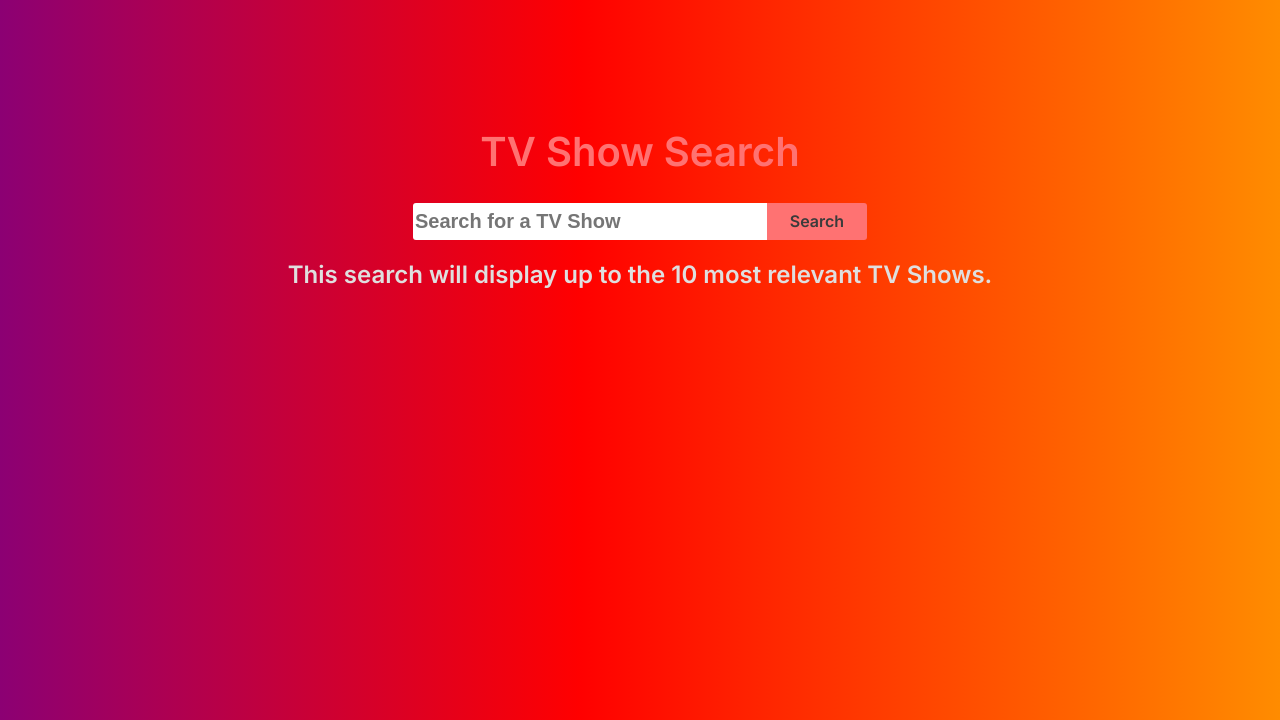
Repository: shayanabedi98/tv-search-react
Page: /
The author's editor kept a copy of each file at every save. The page is drawn from the files as they stood at one save, then again after the next save.
The browser window is 1280 px wide. The pictures show the whole page.
The project was rebuilt for these pictures with package versions that can differ from the ones it lists, and the page was loaded fresh each time. Also part of the build but not shown: vite.config.js.

Above is the page before, as saved 2024-01-09 15:28:07.

### index.html
<!doctype html>
<html lang="en">
  <head>
    <meta charset="UTF-8" />
    <link rel="icon" type="image/svg+xml" href="https://www.svgrepo.com/show/503669/tv.svg" />
    <meta name="viewport" content="width=device-width, initial-scale=1.0" />
    <title>TV Show Search | React</title>
  </head>
  <body>
    <div id="root"></div>
    <script type="module" src="/src/main.jsx"></script>
  </body>
</html>

### src/App.jsx
import { useState } from "react";
import { v4 as uuid } from "uuid";
import List from "./List";
import Search from "./Search";

function App() {
  const [input, setInput] = useState();
  const [showList, setShowList] = useState([]);

  const fetchShow = async () => {
    try {
      if (input) {
        const response = await fetch(
          `https://api.tvmaze.com/search/shows?q=${input}`
        );
        const responseJson = await response.json();
        let newList = [];
        for (let i = 0; i < responseJson.length; i++) {
          if (responseJson[i].show.image) {
            newList.push({
              id: uuid(),
              name: responseJson[i].show.name,
              img: responseJson[i].show.image.medium,
              genres: responseJson[i].show.genres.join(', '),
              language: responseJson[i].show.language,
              rating: responseJson[i].show.rating.average,
            });
          }
        }
        setShowList(newList);
        console.log(responseJson);
      }
    } catch (err) {
      return err;
    }
  };

  const handleChange = (e) => {
    setInput(e.target.value);
  };

  return (
    <div className="bg">
      <Search fetchShow={fetchShow} input={input} handleChange={handleChange} />
      <List showList={showList} />
    </div>
  );
}

export default App;

### src/index.css
@import url('https://fonts.googleapis.com/css2?family=Inter:wght@600&display=swap');

body {
  font-family: 'Inter', sans-serif;
  margin: 0;
  padding: 0;
  color: rgb(223, 223, 223);
  width: 100%;
  background: linear-gradient(to right, blue, red, yellow);
  background-size: 200% 200%;
  animation: move-bg 10s linear infinite;
}

@keyframes move-bg {
  0% { background-position: 0% 50%;}
  100% { background-position: 100% 50%;}
}

.search {
  margin: 100px auto 100px auto;
  text-align: center;
  width: 950px;
  display: grid;
  place-items: center;
}

.search-bar {
  display: flex;
  place-items: center;
}

.search h1 {
  font-size: 40px;
  color: rgb(255, 114, 114);
}

.search input {
  border: none;
  height: 35px;
  width: 350px;
  font-size: 20px;
  outline: none;
  color: rgb(104, 104, 104);
  font-weight: 700;
  border-radius: 3px 0 0 3px;
}

.search input:focus {
  outline: 2px grey solid;
}

.search input:focus + button {
  outline: 2px grey solid;
}

.search button {
  height: 37px;
  padding: 1px 2px;
  width: 100px;
  font-family: 'Inter', sans-serif;
  border: none;
  background-color: rgb(255, 114, 114);
  color: rgb(59, 59, 59);;
  font-size: 16px;
  border-radius: 0 3px 3px 0;
  cursor: pointer;
}

.list {
  width: 1100px;
  margin: 100px auto;
  display: grid;
  place-items: center;
  grid-template-columns: repeat(3, 1fr);
}

.card {
  background-color: rgb(29, 29, 29);
  text-align: center;
  width: 290px;
  height: 500px;
  padding: 20px;
  display: grid;
  place-items: center;
  margin: 50px auto;
  border-radius: 5px;
  box-shadow: rgba(0, 0, 0, 0.3) 0px 2px 8px 0px;
  cursor: pointer;
  transition: 0.5s;
}

.card:hover {
  transform: scale(1.05);
}

@media (max-width: 1150px) {

  .search {
    width: 100%;
  }

  .list {
    grid-template-columns: 1fr 1fr;
    width: 100%;
  }
}

@media (max-width: 700px) {

  .search h2 {
    width: 90%;
  }

  .list {
    grid-template-columns: 1fr;
  }
}

@media (max-width: 500px) {

  .search input {
    height: 28px;
    width: 90%;
  }
  .search button {
    height: 30px;
    width: 100px;
  }
}

@media (max-width: 400px) {
  .card {
    width: 250px;
    height: 440px;
  }

  .card img {
    width: 70%;
  }
}

### src/List.jsx
import React from "react";

const List = ({ showList }) => {
  return (
    <div className="list-container">
      <div className="list">
        {showList.length > 0 &&
          showList.map((show) => {
            return (
              <div className="card" key={show.id}>
                <h2>{show.name}</h2>
                <img src={show.img} alt={`cover photo of ${show.name}`} />
                <p>
                  <span>Language: </span>
                  {show.language}
                </p>
                  {show.genres}
                <p>
                  {show.rating ? `Rating: ${show.rating}⭐` : "Rating: N/A"}
                </p>
              </div>
            );
          })}
      </div>
    </div>
  );
};

export default List;

### src/Search.jsx
import React from "react";

const Search = ({ fetchShow, input, handleChange }) => {
  return (
    <div className="search">
        <h1>TV Show Search</h1>
      <div className="search-bar">
        <input
          type="text"
          onKeyDown={(e) => e.key === "Enter" && fetchShow()}
          onChange={handleChange}
          value={input}
          placeholder="Search for a TV Show"
        />
        <button onClick={fetchShow}>Search</button>
      </div>
      <h2>This search will display up to the 10 most relevant TV Shows.</h2>
    </div>
  );
};

export default Search;

Loaded but not shown: src/main.jsx (common file)

After the next save:
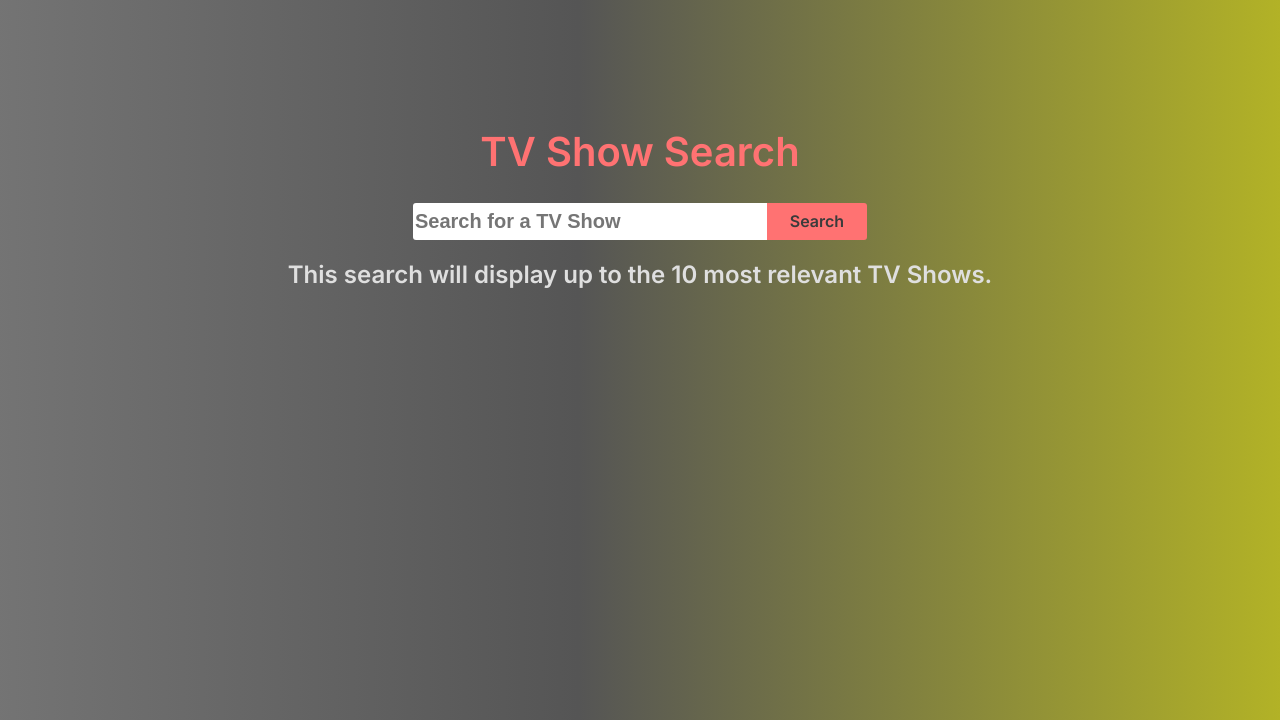
Saved 33 s later.
--- a/src/index.css
+++ b/src/index.css
@@ -6,7 +6,7 @@ body {
   padding: 0;
   color: rgb(223, 223, 223);
   width: 100%;
-  background: linear-gradient(to right, blue, red, yellow);
+  background: linear-gradient(to right, rgb(153, 153, 153), rgb(85, 85, 85), yellow);
   background-size: 200% 200%;
   animation: move-bg 10s linear infinite;
 }
